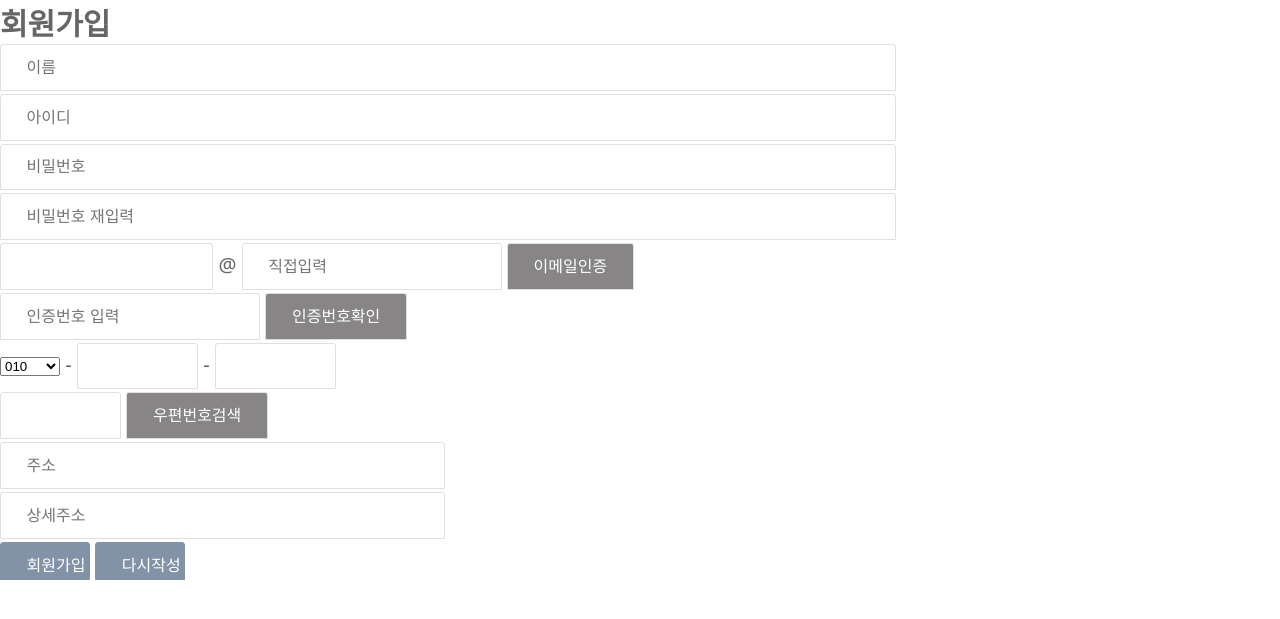
Repository: keepsus/gaebokchi
Page: http://localhost/uzuslime/member/memberWriteForm.jsp
These files come from the project's save history. The page is drawn as it stood at one moment and after the next save; the edit follows.
The browser window is 1280 px wide. The pictures show the whole page.
Some web fonts or font styles are not loaded; a fallback is used. The page is served by Tomcat 9. Nobody is signed in. The application's start-up code is not run.

Above is the page before, as saved 2021-02-01 06:24:07.

After the next save:
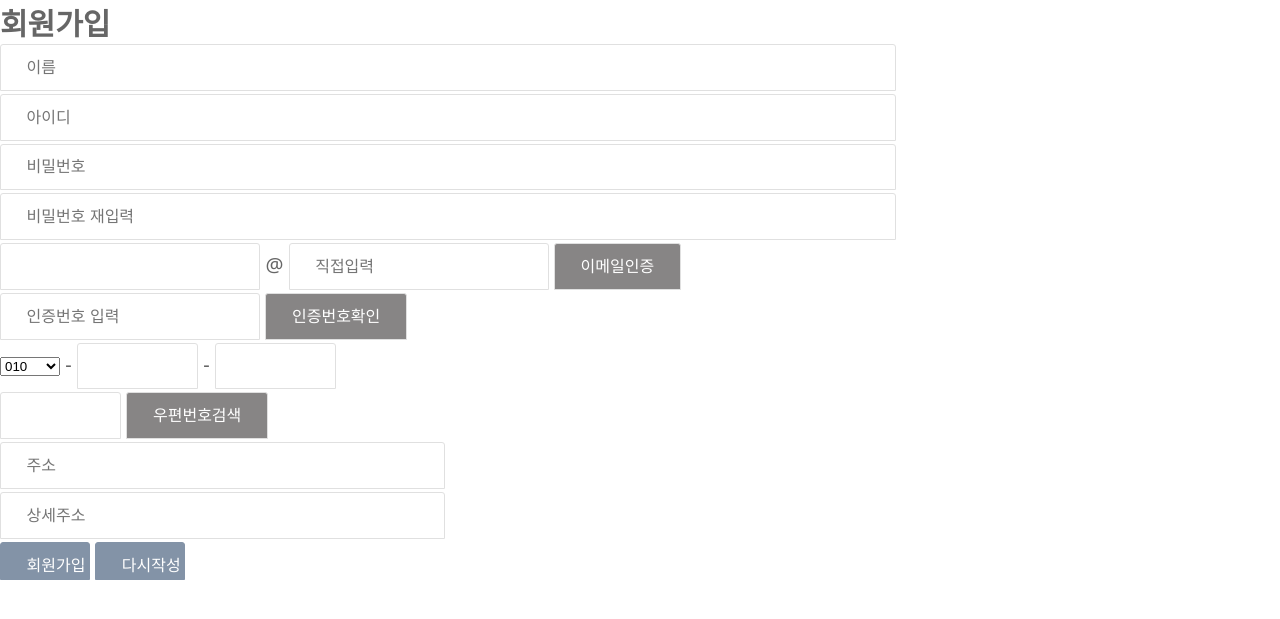
Saved 6 min 8 s later.
--- a/uzuslime/src/main/webapp/member/memberWriteForm.jsp
+++ b/uzuslime/src/main/webapp/member/memberWriteForm.jsp
@@ -40,7 +40,7 @@
 
 
 	    <div class="signUp-email-form">
-	        <input type="text" class="sign-email1" name="email1" size="15">
+	        <input type="text" class="sign-email1" name="email1">
 	        @
 	        <input type="email" class="sign-email2" name="email2" list="email2" placeholder="직접입력">
 	        <datalist id="email2">

After the save that followed:
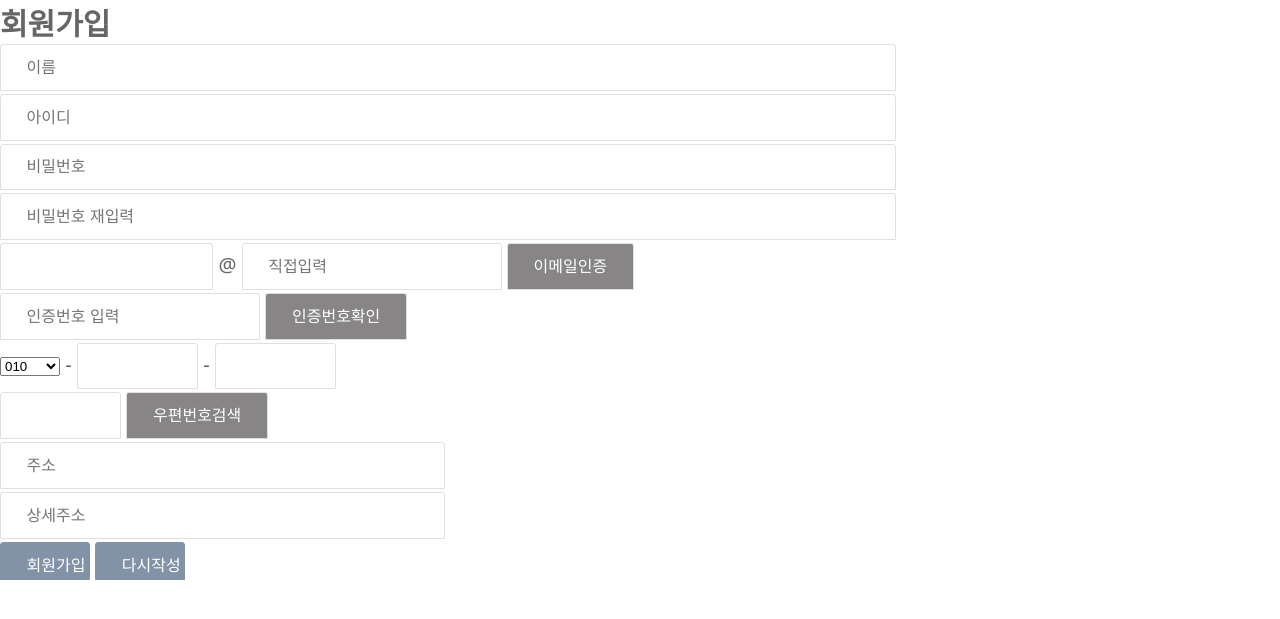
Saved 5 s later.
--- a/uzuslime/src/main/webapp/member/memberWriteForm.jsp
+++ b/uzuslime/src/main/webapp/member/memberWriteForm.jsp
@@ -40,7 +40,7 @@
 
 
 	    <div class="signUp-email-form">
-	        <input type="text" class="sign-email1" name="email1">
+	        <input type="text" class="sign-email1" name="email1" size="15">
 	        @
 	        <input type="email" class="sign-email2" name="email2" list="email2" placeholder="직접입력">
 	        <datalist id="email2">
